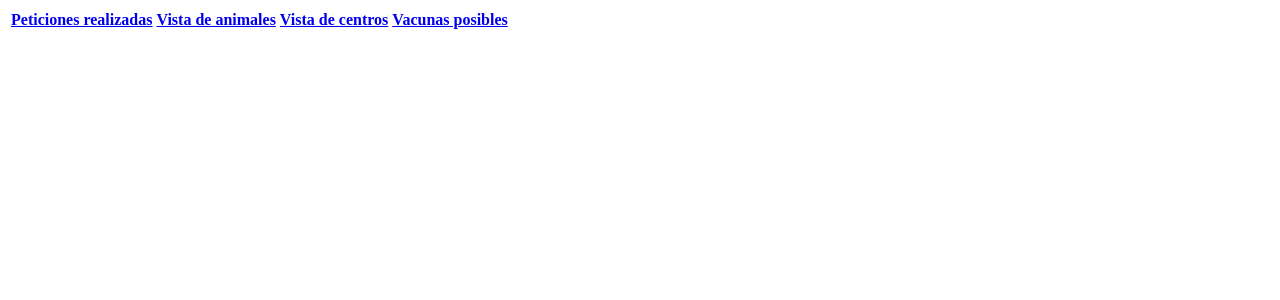
Repository: jorgesanchezfernandez/CodePortfolio
Page: Java & Javascript/Web/Perrera/WebContent/Menu.html
An editor plug-in stored every save of this project. The page is shown before and after the next save, followed by the edit.
The browser window is 1280 px wide. The pictures show the whole page.

Above is the page before, as saved 2006-05-04 16:47:42.

### Java & Javascript/Web/Perrera/WebContent/Menu.html
<html>
<body>
	<table id="menu">
		<tr>
			<th>
				<a href="FrontController?respuesta=LineaPeticiones.jsp?botones=1">Peticiones realizadas</a>
			</th>
			<th>
				<a href="FrontController?respuesta=VistaAnimales.jsp">Vista de animales</a>
			</th>
			<th>
				<a href="FrontController?respuesta=VistaCentros.jsp">Vista de centros</a>
			</th>
			<th>
				<a href="FrontController?respuesta=ListadoVacunas.jsp">Vacunas posibles</a>
			</th>
		</tr>
	</table>
</body>
</html>

After the next save:
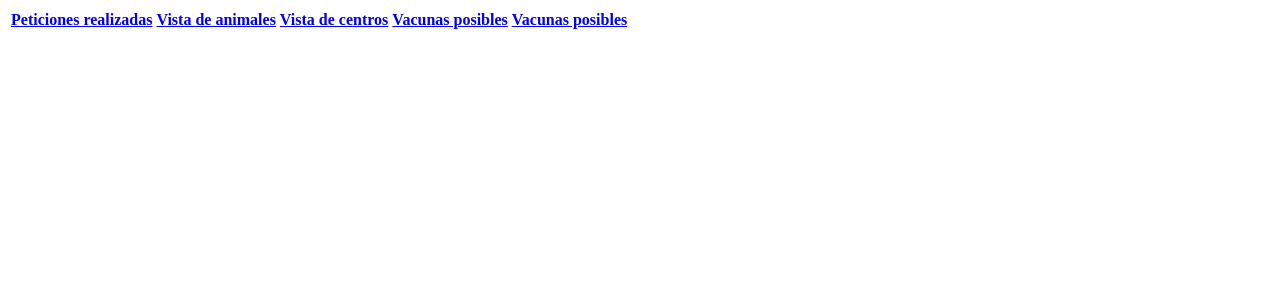
Saved 20 s later.
--- a/Java & Javascript/Web/Perrera/WebContent/Menu.html
+++ b/Java & Javascript/Web/Perrera/WebContent/Menu.html
@@ -14,6 +14,9 @@
 			<th>
 				<a href="FrontController?respuesta=ListadoVacunas.jsp">Vacunas posibles</a>
 			</th>
+			<th>
+				<a href="Menu.html">Vacunas posibles</a>
+			</th>
 		</tr>
 	</table>
 </body>
